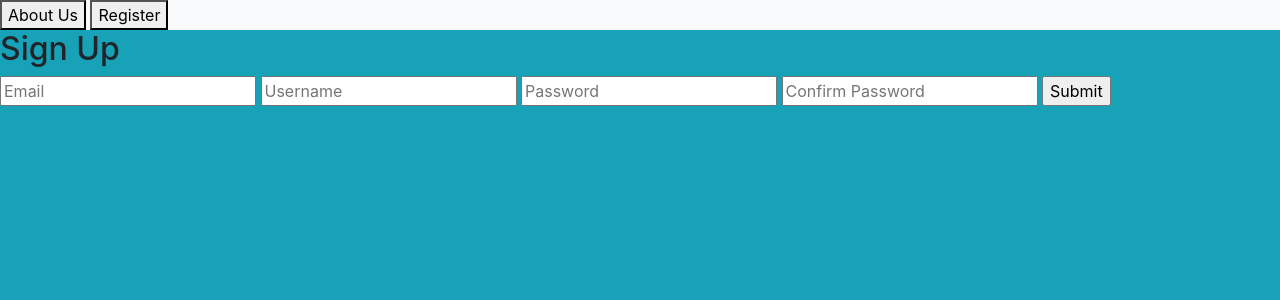
Repository: rodwestmoreland/1150
Page: registrationForm/index.html
These files come from the project's save history. The page is drawn as it stood at one moment and after the next save; the edit follows.
The browser window is 1280 px wide. The pictures show the whole page.

Above is the page before, as saved 2021-01-25 14:15:53.

After the next save:
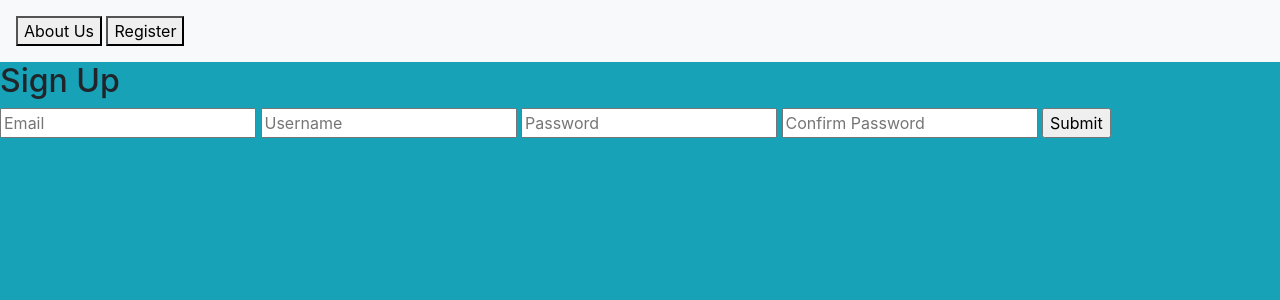
Saved 2 min 20 s later.
--- a/registrationForm/index.html
+++ b/registrationForm/index.html
@@ -8,7 +8,7 @@
     <link rel="stylesheet" href="style.css">
 
 </head>
-<nav class="bg-light">
+<nav class="bg-light p-3">
     <button>About Us    </button>
     <button>Register    </button>
 </nav>
